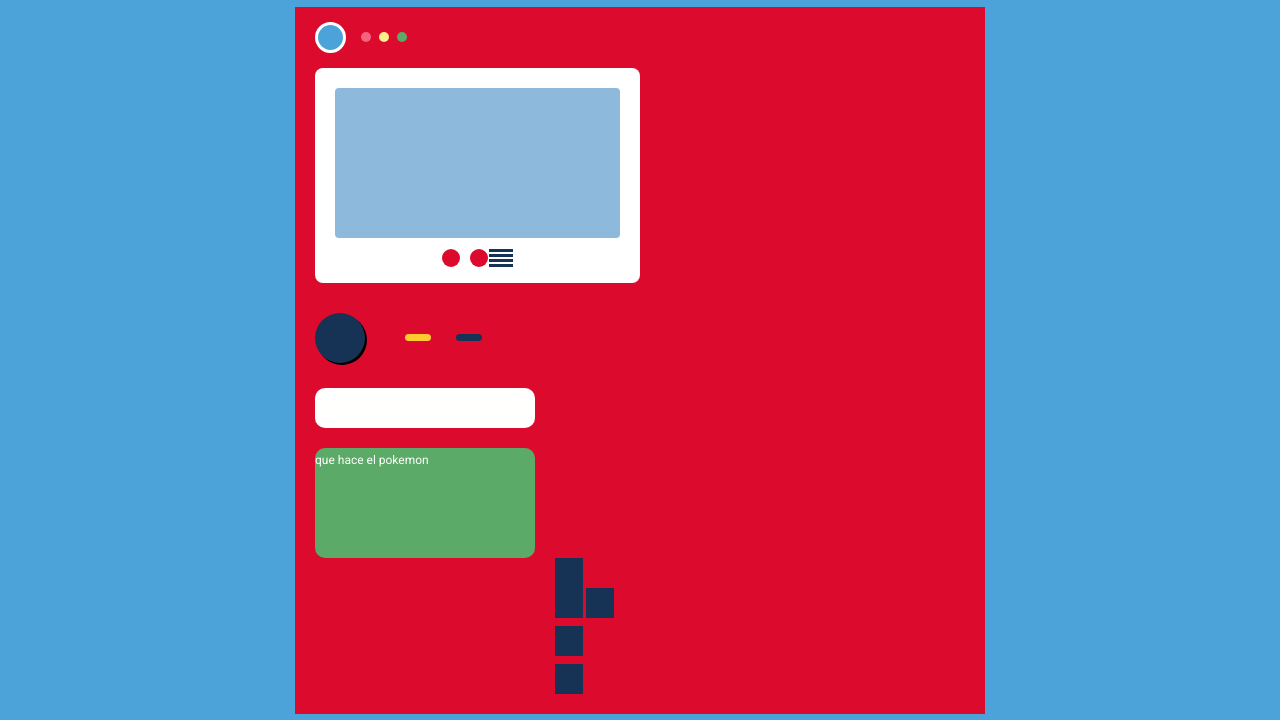
Repository: darkmantiz2/pokedex
Page: index.html
These files come from the project's save history. The page is drawn as it stood at one moment and after the next save; the edit follows.
The browser window is 1280 px wide. The pictures show the whole page.

Above is the page before, as saved 2022-01-25 17:19:41.

### index.html
<!DOCTYPE html>
<html lang="en">
  <head>
    <meta charset="UTF-8" />
    <meta http-equiv="X-UA-Compatible" content="IE=edge" />
    <meta name="viewport" content="width=device-width, initial-scale=1.0" />
    <link
      href="https://fonts.googleapis.com/css2?family=Roboto&display=swap"
      rel="stylesheet"
    />
    <link rel="stylesheet" href="./css/index.css" />
    <title>Pokedex</title>
  </head>
  <body>
    <div class="container">
      <section class="pokedex">
        <div class="pokedex-info">
          <div class="pokedex-cam">
            <span class="pokedex-cam-circle-blue"></span>
            <span class="pokedex-cam-circle-red"></span>
            <span class="pokedex-cam-circle-yellow"></span>
            <span class="pokedex-cam-circle-green"></span>
          </div>
          <div class="pokedex-screen">
            <div class="pokedex-screen-pokemon"></div>
            <div class="pokedex-screen-bottom">
              <div class="pokedex-screen-redpoint1"></div>
              <div class="pokedex-screen-redpoint2"></div>
              <div class="pokedex-screen-lines">
                <span class="pokedex-screen-lines-line"></span>
                <span class="pokedex-screen-lines-line"></span>
                <span class="pokedex-screen-lines-line"></span>
                <span class="pokedex-screen-lines-line"></span>
              </div>
            </div>
          </div>

          <div class="pokedex-buttons">
            <div class="pokedex-buttons-circle"></div>
            <div class="pokedex-buttons-yellow"></div>
            <div class="pokedex-buttons-darkblue"></div>
          </div>
          <div class="container-info">
            <div class="pokedex=-pokemon-info">
              <div class="pokedex-pokemon-name">nombre pokemon</div>
              <div class="pokedex-pokemon-description">que hace el pokemon</div>
            </div>

            <div class="pokedex-select-button">
              <div class="pokedex-select-button-up">
                <div class="black-button"></div>
              </div>
              <div>
                <div class="pokedex-select-button-left black-button"></div>
                <div class="pokedex-select-button-midle black-button"></div>
                <div class="pokedex-select-button-right black-button"></div>
              </div>
              <div class="pokedex-select-button-down">
                <div class="black-button box-shadow-left"></div>
              </div>
            </div>
          </div>
        </div>
        <div class="pokedex-stats"></div>
      </section>
    </div>
  </body>
</html>

### css/index.css

:root {
  --white: #fffffe;
  --black: #300f16;
  --primary: #dc0a2d;
  --green:#5baa67;
  --red :#f4647d ;
  --yellow-light:#feef8d;
  --secondary: #163355;
  --blue: #4ca3d9;
  --body1: 400 0.75rem/1.5rem Roboto;
  --body3: 400 0.5rem/0.4556451737880707rem Roboto;
  --body2-regular: 400 0.75rem/1.375rem Space Mono;
}

body {
  color: var(--white);
  background-color: var(--blue);
  font: var(--body1);
  margin: 0;

}

.container {
  display: flex;
  justify-content: center;
  align-items: center;
  height: 100vh;
}

.pokedex{
  background-color: var(--primary);
  width: 650px;
  display: flex;
  justify-content: center;
  align-items: center;
  padding: 15px 20px 20px 20px;

}

.pokedex-info {
  width: 50%;
}

.pokedex-stats {
  width: 50%;
}

.pokedex-cam{
  display: flex;
  align-items: center;
  padding-bottom: 15px;
}

.pokedex-cam-circle-blue {
  display: inline-block;
  width: 25px;
  height: 25px;
  border-radius: 50%;
  background: var(--blue);
  border: 3px solid white;
  margin-right: 15px;
}

.pokedex-cam-circle-red{
  display: inline-block;
  width: 10px;
  height: 10px;
  border-radius: 50%;
  background: var(--red);
  margin-right: 8px;
}

.pokedex-cam-circle-yellow{
  display: inline-block;
  width: 10px;
  height: 10px;
  border-radius: 50%;
  background: var(--yellow-light);
  margin-right: 8px;
}

.pokedex-cam-circle-green{
  display: inline-block;
  width: 10px;
  height: 10px;
  border-radius: 50%;
  background: var(--green);
  margin-right: 8px;
}

.pokedex-screen{
  background: white;
  width: 100%;
  height: 215px;
  border-radius: 8px;
  padding: 20px;
  box-sizing: border-box;
}

.pokedex-screen-pokemon {
  background: #8db9dc;
  height: 150px;
  border-radius: 4px;

}

.pokedex-screen-bottom{
  display: flex;
  align-items: center;
  justify-content: center;
  margin-top: 10px;
}

.pokedex-screen-redpoint1{
  display: inline-block;
  width: 18px;
  height: 18px;
  border-radius: 50%;
  background: var(--primary);
}

.pokedex-screen-redpoint2{
  display: inline-block;
  width: 18px;
  height: 18px;
  border-radius: 50%;
  background: var(--primary);
  margin-left: 10px;
}

.pokedex-screen-lines{
  display: inline-grid;
  margin: 0;
  padding:0;
}

.pokedex-screen-lines-line{
  width: 24px;
  height: 3px;
  background: var(--secondary);
  display: inline-block;
  margin: 1px;
  padding: 0;
}

.pokedex-buttons{
  box-sizing: border-box;
  align-items: center;
  display: flex;
  margin-top: 30px;
}

.pokedex-buttons-circle{
  width: 50px;
  height: 50px;
  border-radius: 50%;
  background: var(--secondary);
  margin-right: 40px;
  box-shadow: 2px 2px black;
}

.pokedex-buttons-yellow{
  width: 26px;
  height: 7px;
  border-radius: 4px;
  background: #fdcb2f;
  margin-right: 25px;
}

.pokedex-buttons-darkblue{
  width: 26px;
  height: 7px;
  border-radius: 4px;
  background: var(--secondary);
}

.pokedex-pokemon-name{
  height: 40px;
  width: 220px;
  background-color: var(--white);
  margin-top: 25px;
  border-radius: 10px;
}

.pokedex-pokemon-description{
  height: 110px;
  width: 220px;
  background-color: var(--green);
  margin-top: 20px;
  border-radius: 10px;
}

.pokedex-select-button{
  display: inline-grid;
  align-items: center;
  justify-content: center;
  margin-left: 240px;

}

.pokedex-select-button-up{
  display: inline-block;
  width: 28px;
  height: 30px;
  background-color: var(--secondary);
}

.pokedex-select-button-left{
  display: inline-block;
  width: 28px;
  height: 30px;
  background-color: var(--secondary);
}

.pokedex-select-button-midle{
  display: inline-block;
  width: 28px;
  height: 30px;
  background-color: var(--secondary);
}

.pokedex-select-button-right{
  display: inline-block;
  width: 28px;
  height: 30px;
  background-color: var(--secondary);
}

.pokedex-select-button-down{
  display: inline-block;
  width: 28px;
  height: 30px;
  background-color: var(--secondary);
}

After the next save:
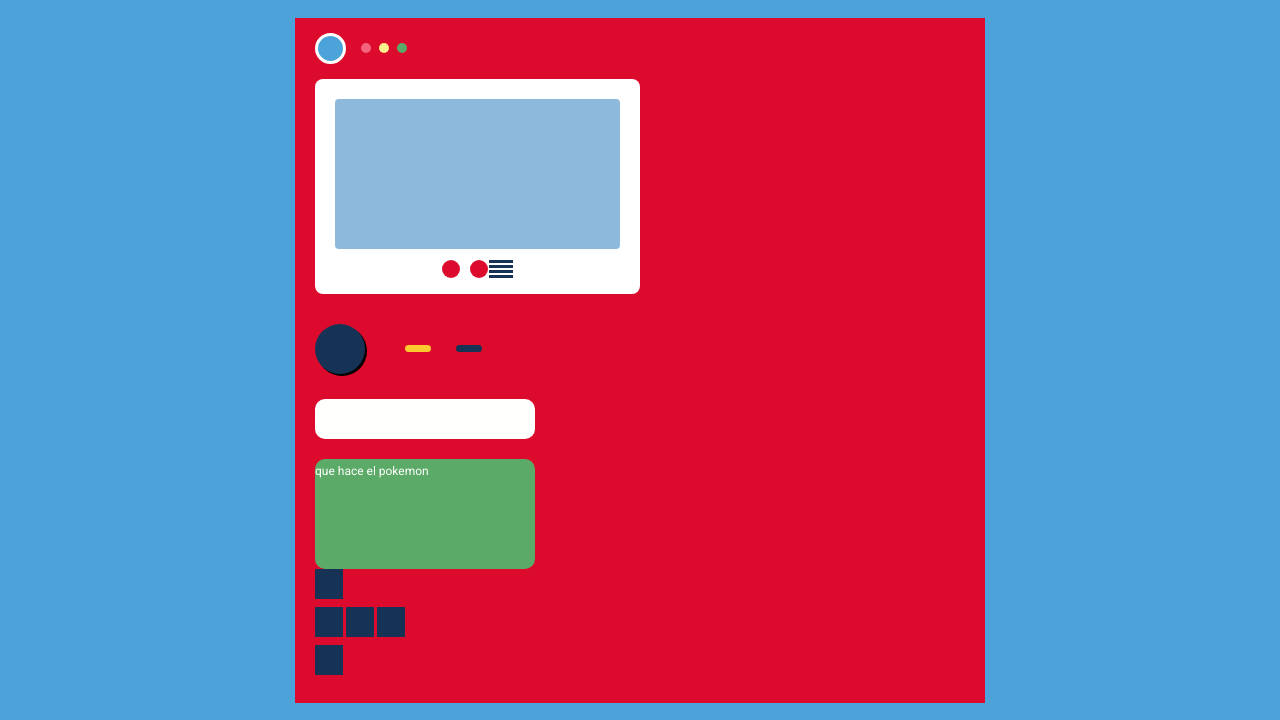
Saved 2 min 3 s later.
--- a/index.html
+++ b/index.html
@@ -46,7 +46,7 @@
               <div class="pokedex-pokemon-description">que hace el pokemon</div>
             </div>
 
-            <div class="pokedex-select-button">
+            <div class=".pokedex-select-button">
               <div class="pokedex-select-button-up">
                 <div class="black-button"></div>
               </div>

After the save that followed:
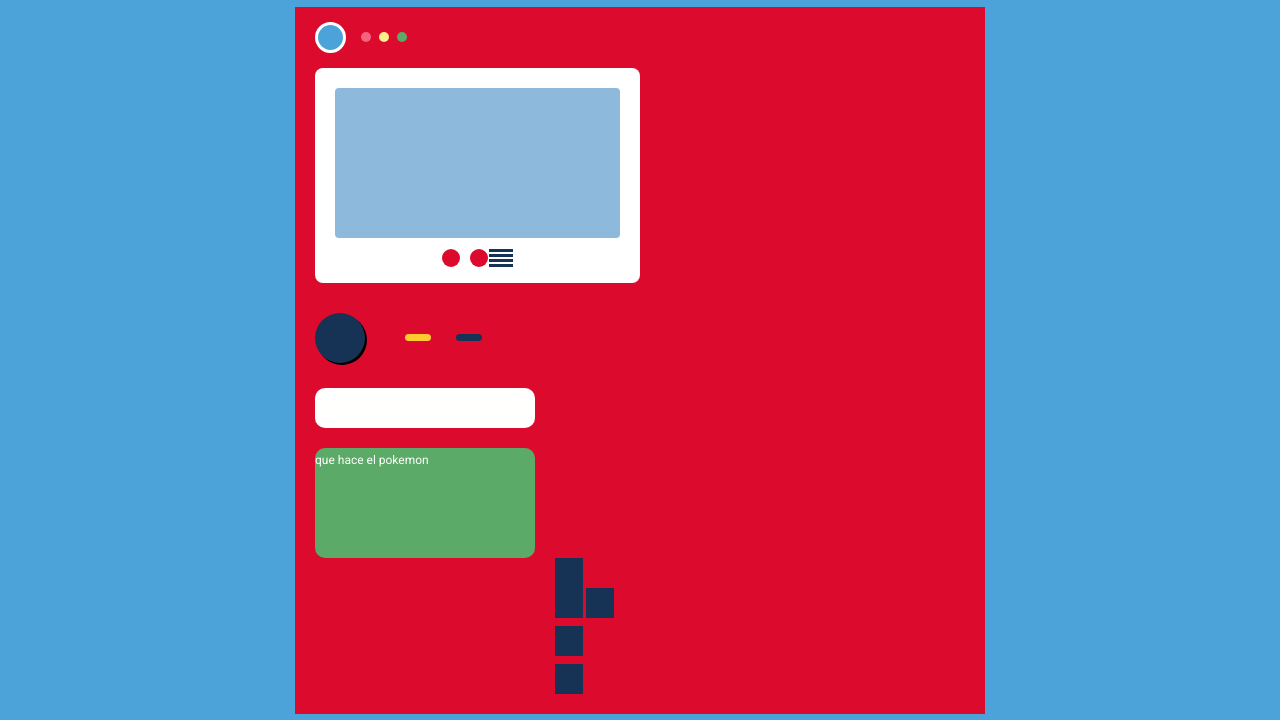
Saved 103 s later.
--- a/index.html
+++ b/index.html
@@ -46,7 +46,7 @@
               <div class="pokedex-pokemon-description">que hace el pokemon</div>
             </div>
 
-            <div class=".pokedex-select-button">
+            <div class="pokedex-select-button">
               <div class="pokedex-select-button-up">
                 <div class="black-button"></div>
               </div>
